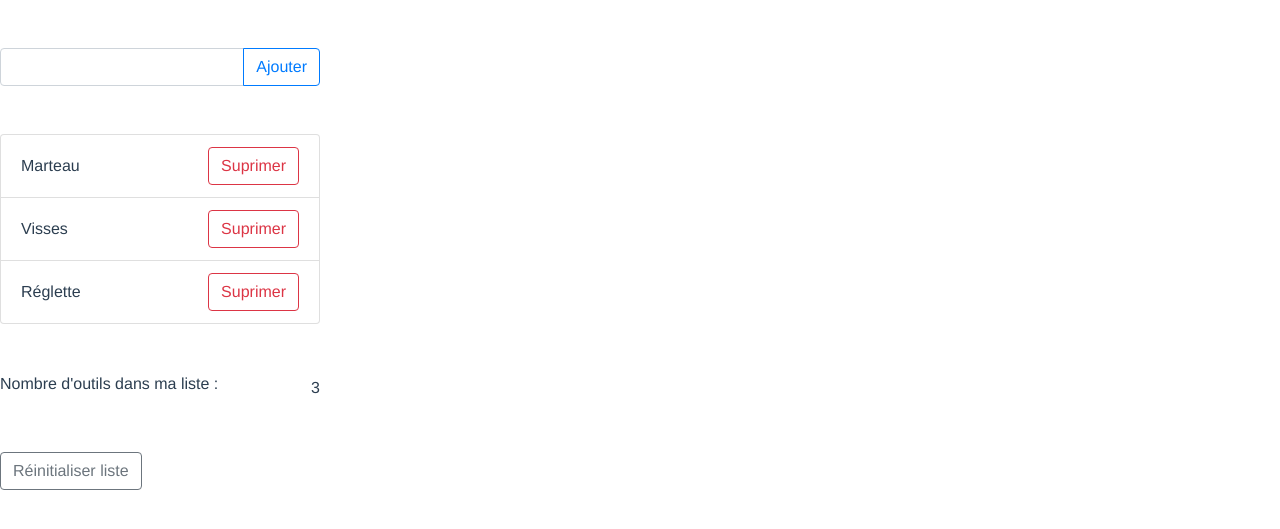
Repository: corentin-e-student/test-vue
Page: /
An editor plug-in stored every save of this project. The page is shown before and after the next save, followed by the edit.
The browser window is 1280 px wide. The pictures show the whole page.
The project was rebuilt for these pictures with package versions that can differ from the ones it lists, and the page was loaded fresh each time. Also part of the build but not shown: vue.config.js.

Above is the page before, as saved 2023-03-01 18:11:54.

After the next save:
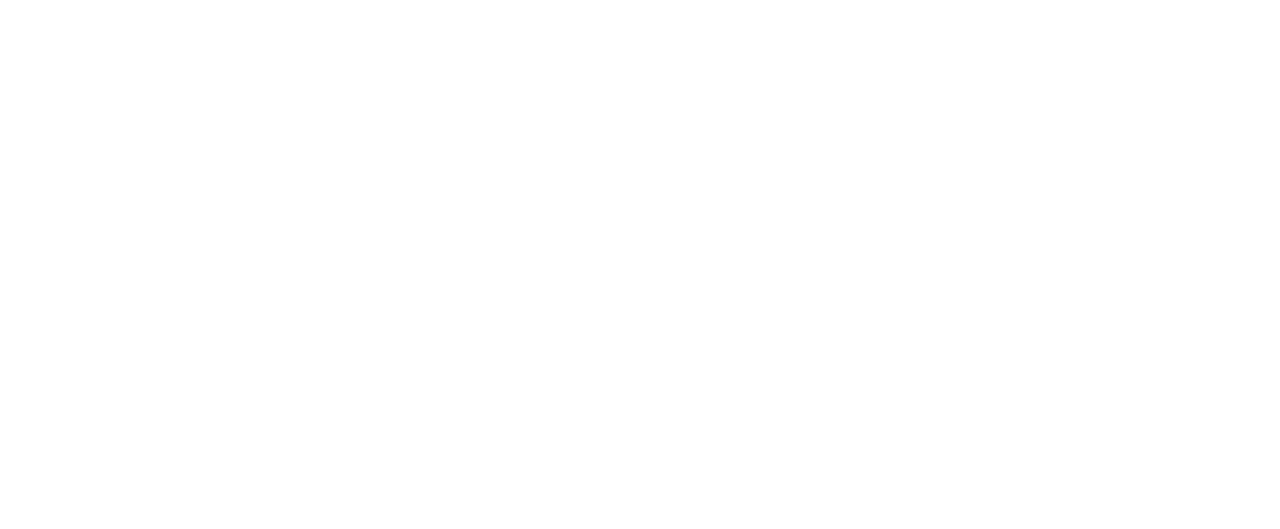
Saved 7 days later.
--- a/src/main.js
+++ b/src/main.js
@@ -1,6 +1,5 @@
 import Vue from 'vue'
 import App from './App.vue'
-import router from './router'
 import store from './store'
 import { BootstrapVue } from 'bootstrap-vue'
 
@@ -11,7 +10,6 @@
 Vue.config.productionTip = false
 
 new Vue({
-  router,
   store,
   render: h => h(App)
 }).$mount('#app')

After the save that followed:
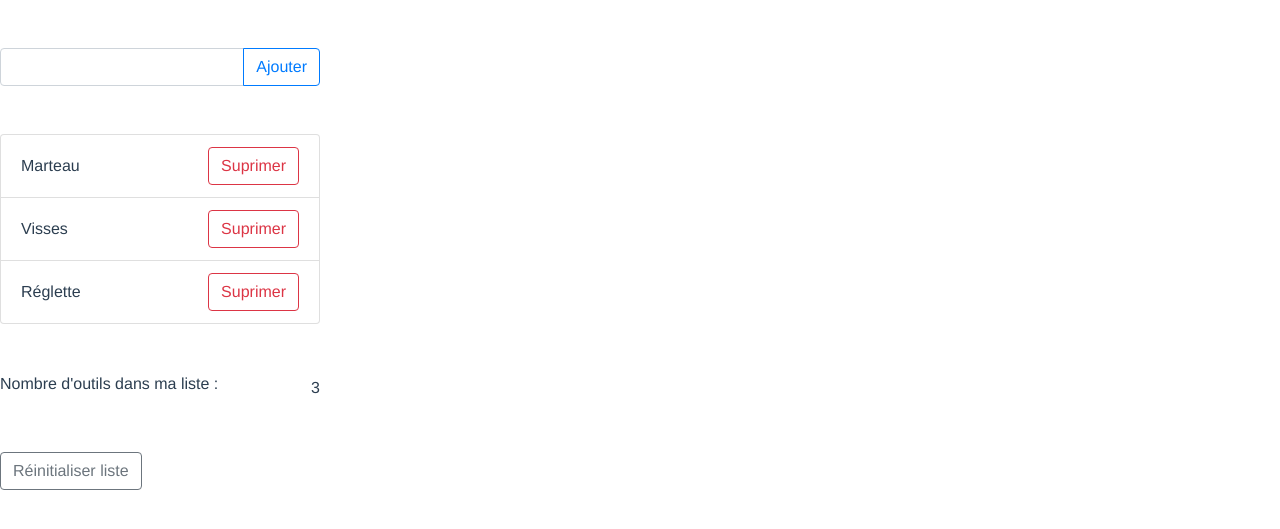
Saved 27 s later.
--- a/src/main.js
+++ b/src/main.js
@@ -1,5 +1,6 @@
 import Vue from 'vue'
 import App from './App.vue'
+import router from './router'
 import store from './store'
 import { BootstrapVue } from 'bootstrap-vue'
 
@@ -10,6 +11,7 @@
 Vue.config.productionTip = false
 
 new Vue({
+  router,
   store,
   render: h => h(App)
 }).$mount('#app')
